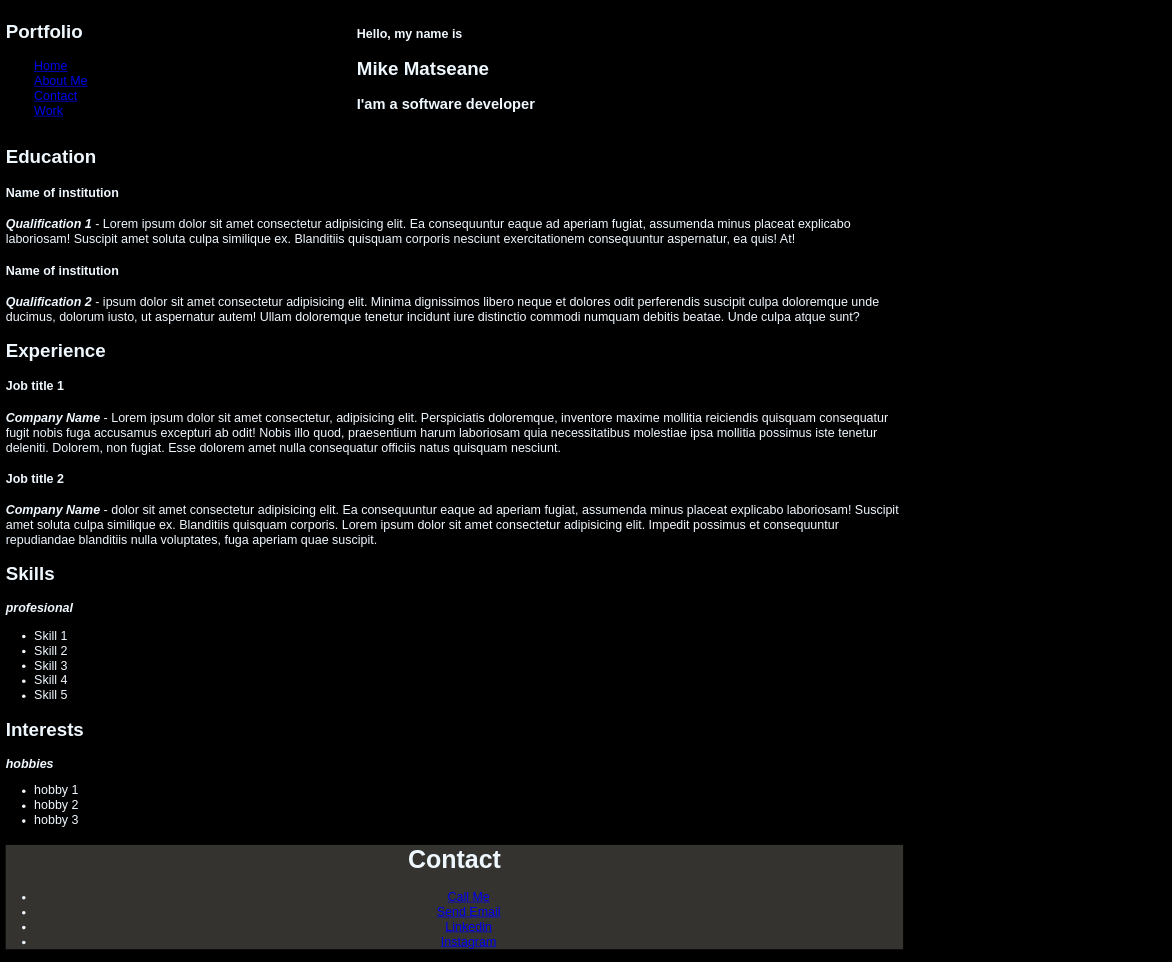
Repository: mikempho/Resume1
Page: resume1.html
The author's editor kept a copy of each file at every save. The page is drawn from the files as they stood at one save, then again after the next save.
The browser window is 1280 px wide. The page is 1280 px wide, then 1651 px, so the pictures cover 1651 px, including what lies to the right of the window. The pictures show the whole page, at 71% of full size.

Above is the page before, as saved 2022-03-25 21:12:04.

After the next save:
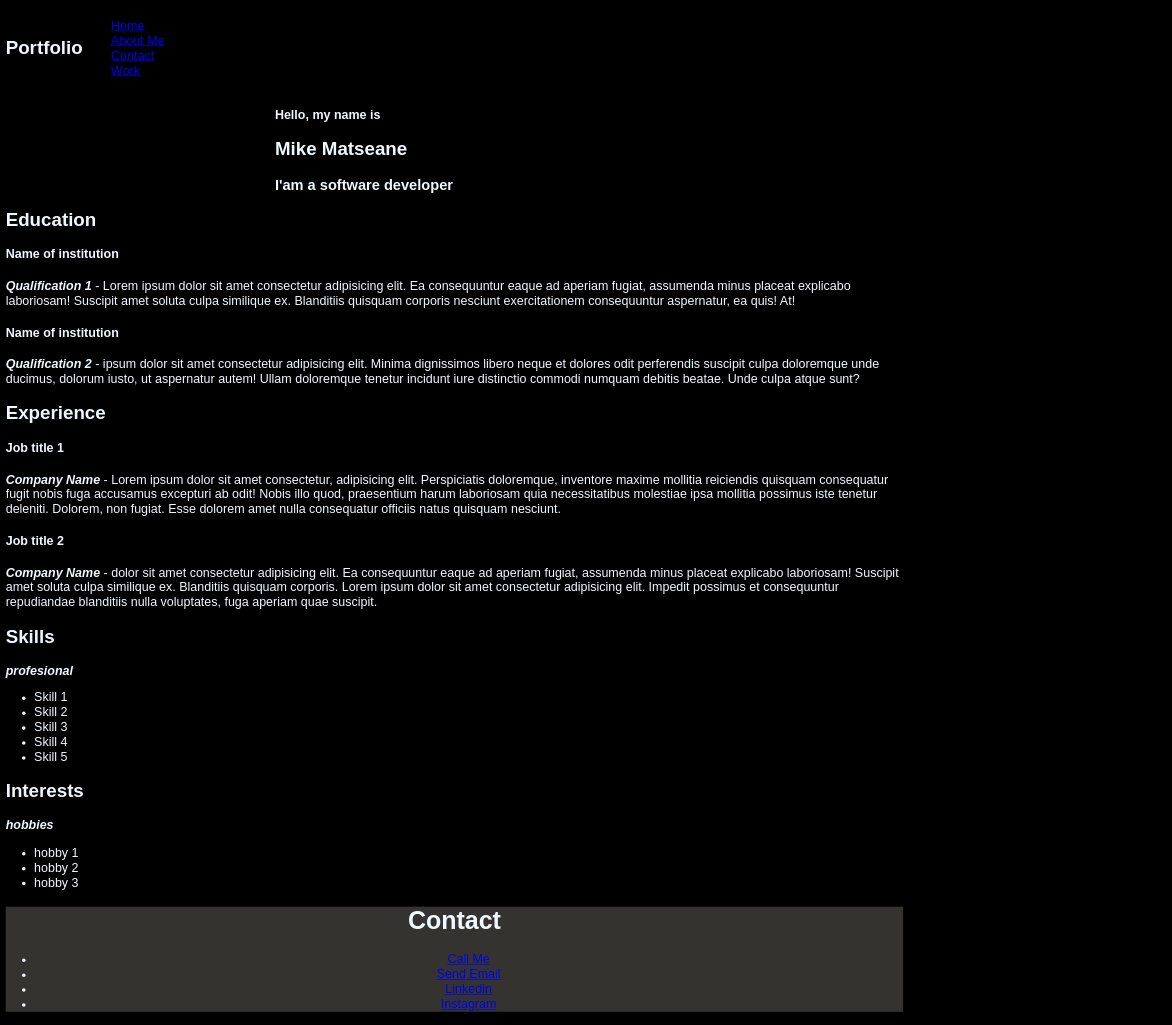
Saved 23 s later.
--- a/css/stylesheet.css
+++ b/css/stylesheet.css
@@ -12,7 +12,7 @@ header {
 
 /* Hero Section */
 
-.hero {
+.navbar {
   display: flex;
   align-items: center;
 }
